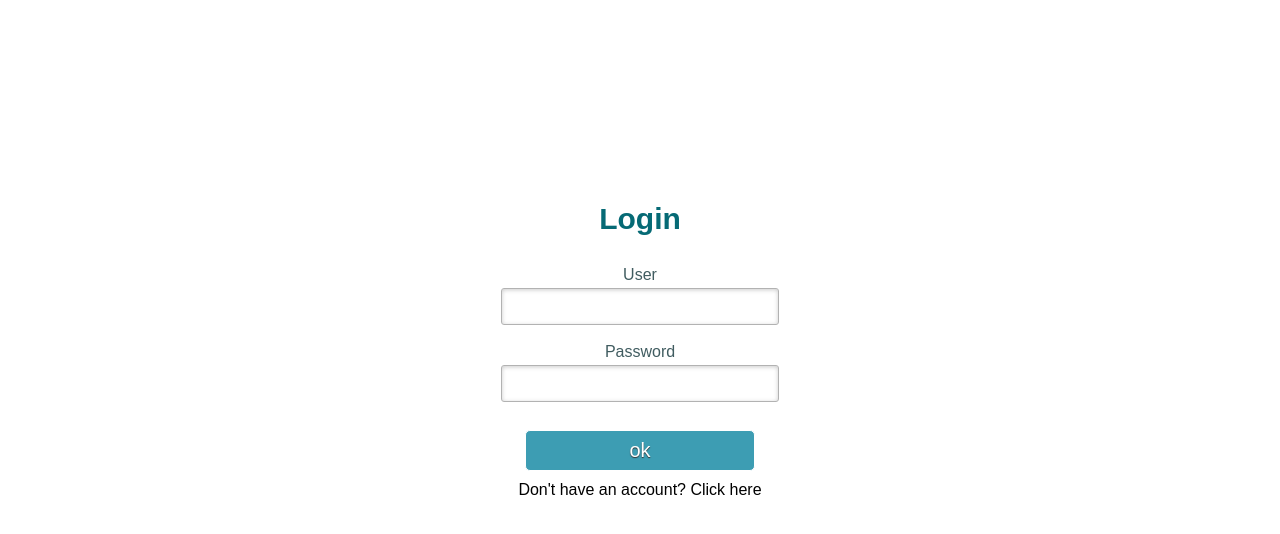
Repository: fontanive12/Biblioteca
Page: front/login.html
An editor plug-in stored every save of this project. The page is shown before and after the next save, followed by the edit.
The browser window is 1280 px wide. The pictures show the whole page.

Above is the page before, as saved 2022-09-07 18:07:33.

After the next save:
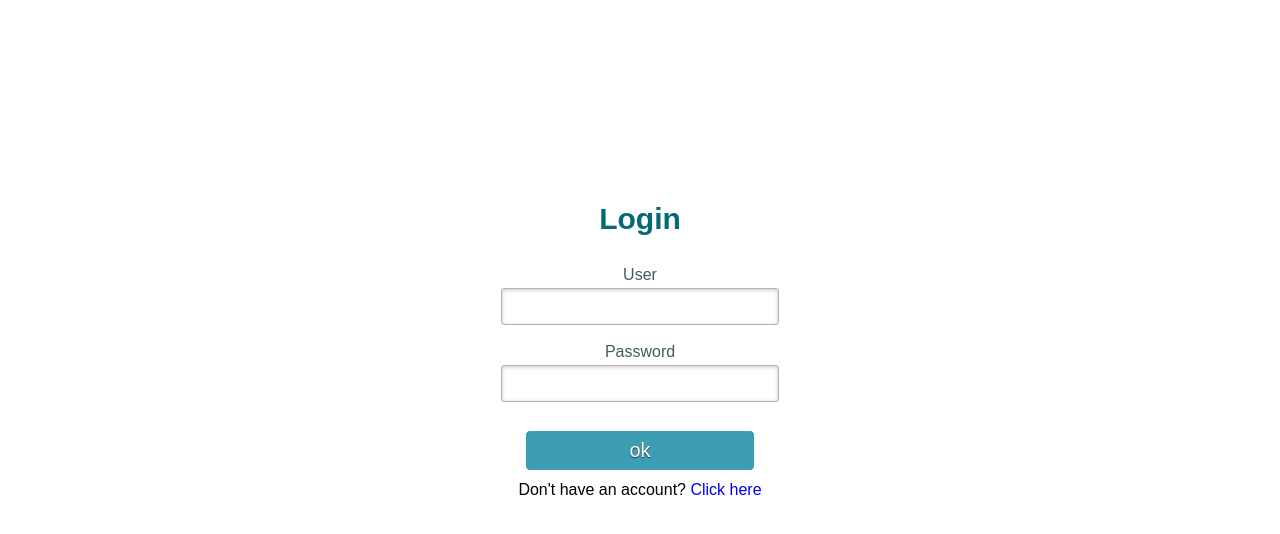
Saved 51 s later.
--- a/front/login.html
+++ b/front/login.html
@@ -26,7 +26,7 @@
             </div>
             <br />
             <button id="button" onclick="checkTable()">ok</button>
-            <p>Don't have an account? Click here</p>
+            <p>Don't have an account? <a href="users.html"> Click here</a></p>
         </div>
     </div>
 
